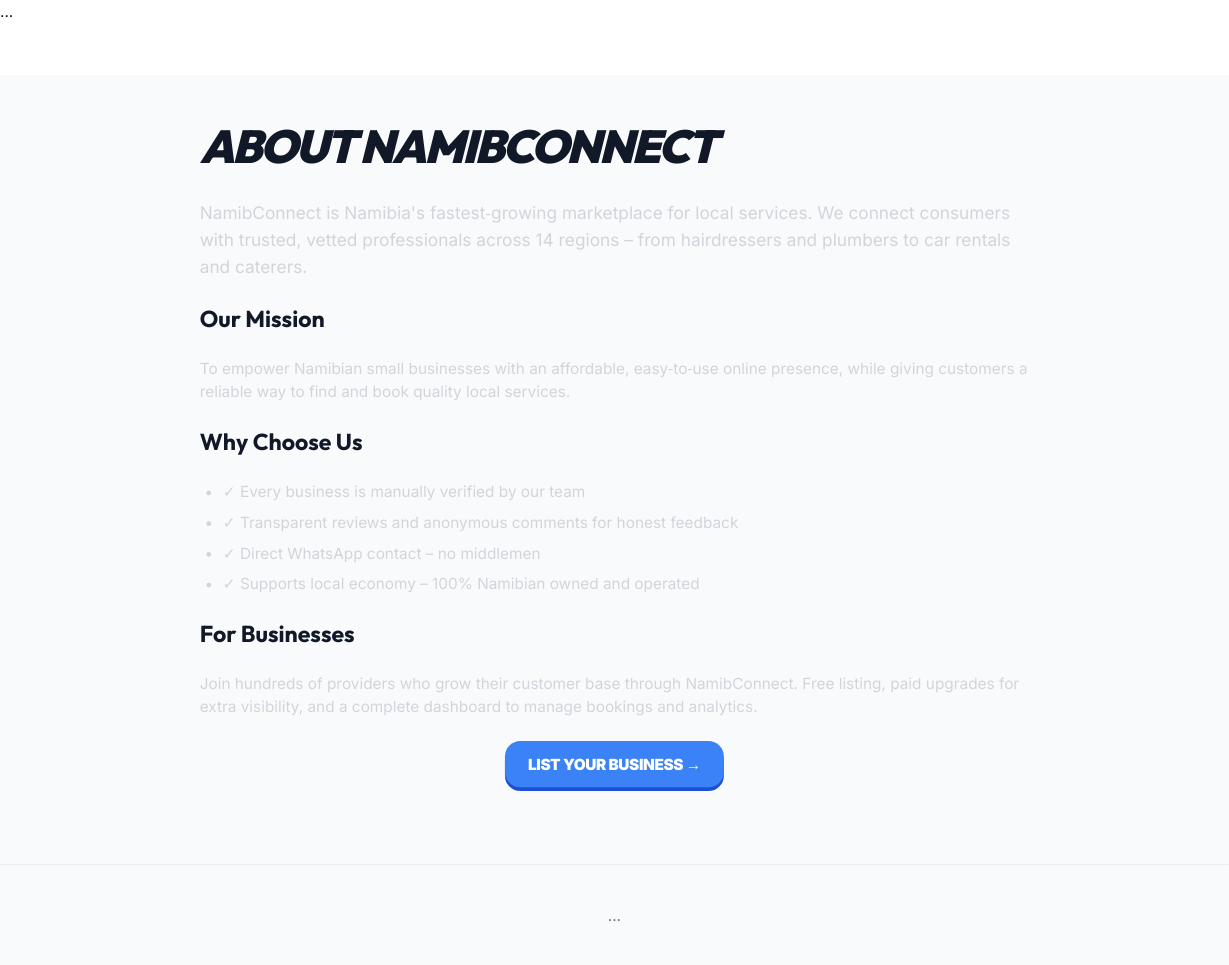
Repository: Paavo12/Localink
Page: frontend/about.html
An editor plug-in stored every save of this project. The page is shown before and after the next save, followed by the edit.
The browser window is 1280 px wide. The pictures show the whole page, at 96% of full size.
Some web libraries are served in a nearby version.

Above is the page before, as saved 2026-05-21 10:47:55.

After the next save:
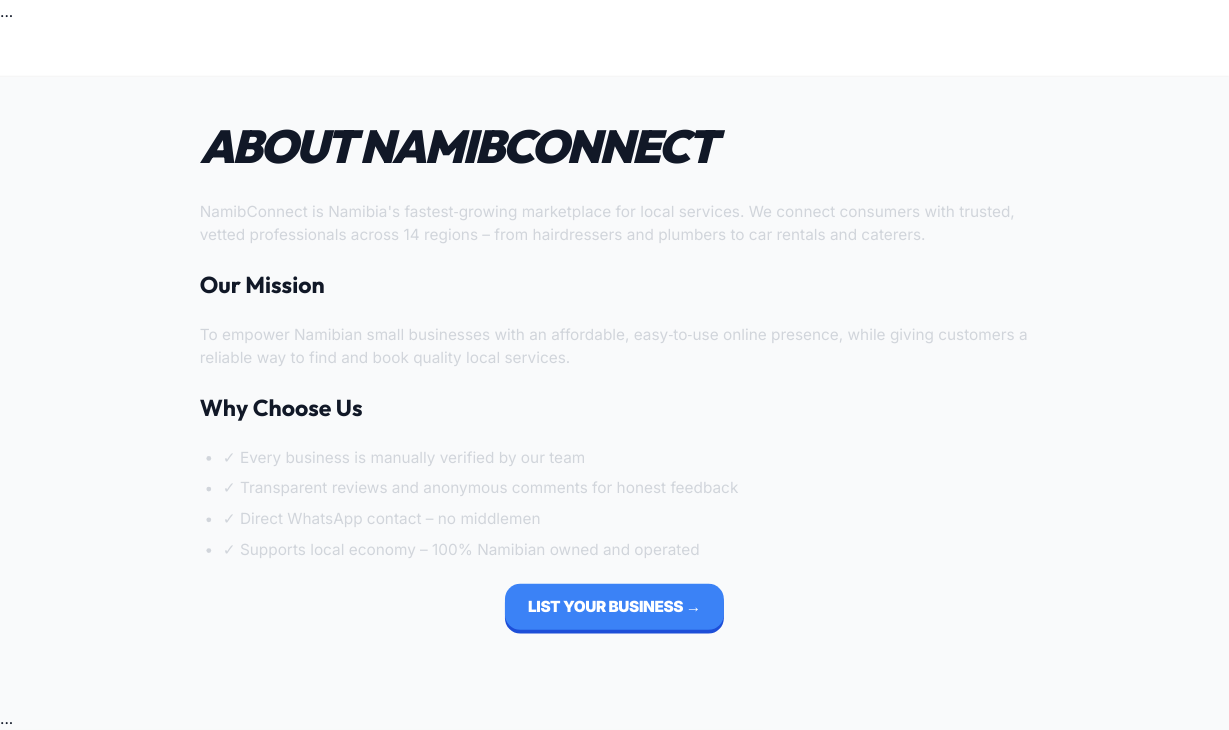
Saved 13 s later.
--- a/frontend/about.html
+++ b/frontend/about.html
@@ -2,7 +2,6 @@
 <html lang="en">
 <head>
   <meta charset="UTF-8">
-  <meta name="viewport" content="width=device-width, initial-scale=1.0">
   <title>About – NamibConnect</title>
   <script src="https://cdn.tailwindcss.com"></script>
   <link rel="stylesheet" href="styles.css">
@@ -10,18 +9,14 @@
 </head>
 <body class="bg-[var(--bg-main)] text-[var(--text-main)]">
 
-  <!-- Navbar -->
   <nav class="fixed top-0 left-0 right-0 z-50 glass-nav h-20">...</nav>
 
   <main class="pt-32 pb-20 max-w-4xl mx-auto px-4">
     <h1 class="text-5xl font-black uppercase italic tracking-tighter mb-8">About NamibConnect</h1>
-
     <div class="prose prose-invert max-w-none space-y-6 text-gray-300">
-      <p class="text-lg">NamibConnect is Namibia's fastest‑growing marketplace for local services. We connect consumers with trusted, vetted professionals across 14 regions – from hairdressers and plumbers to car rentals and caterers.</p>
-
+      <p>NamibConnect is Namibia's fastest‑growing marketplace for local services. We connect consumers with trusted, vetted professionals across 14 regions – from hairdressers and plumbers to car rentals and caterers.</p>
       <h2 class="text-2xl font-bold text-[var(--text-main)] mt-8">Our Mission</h2>
       <p>To empower Namibian small businesses with an affordable, easy‑to‑use online presence, while giving customers a reliable way to find and book quality local services.</p>
-
       <h2 class="text-2xl font-bold text-[var(--text-main)] mt-8">Why Choose Us</h2>
       <ul class="list-disc pl-6 space-y-2">
         <li>✓ Every business is manually verified by our team</li>
@@ -29,17 +24,10 @@
         <li>✓ Direct WhatsApp contact – no middlemen</li>
         <li>✓ Supports local economy – 100% Namibian owned and operated</li>
       </ul>
-
-      <h2 class="text-2xl font-bold text-[var(--text-main)] mt-8">For Businesses</h2>
-      <p>Join hundreds of providers who grow their customer base through NamibConnect. Free listing, paid upgrades for extra visibility, and a complete dashboard to manage bookings and analytics.</p>
-
-      <div class="mt-12 text-center">
-        <a href="checkout.html" class="btn-primary">List Your Business →</a>
-      </div>
+      <div class="mt-12 text-center"><a href="checkout.html" class="btn-primary">List Your Business →</a></div>
     </div>
   </main>
 
-  <!-- Footer -->
-  <footer class="bg-[var(--bg-main)] border-t border-[var(--border-main)] py-10 text-center text-gray-500">...</footer>
+  <footer>...</footer>
 </body>
 </html>
